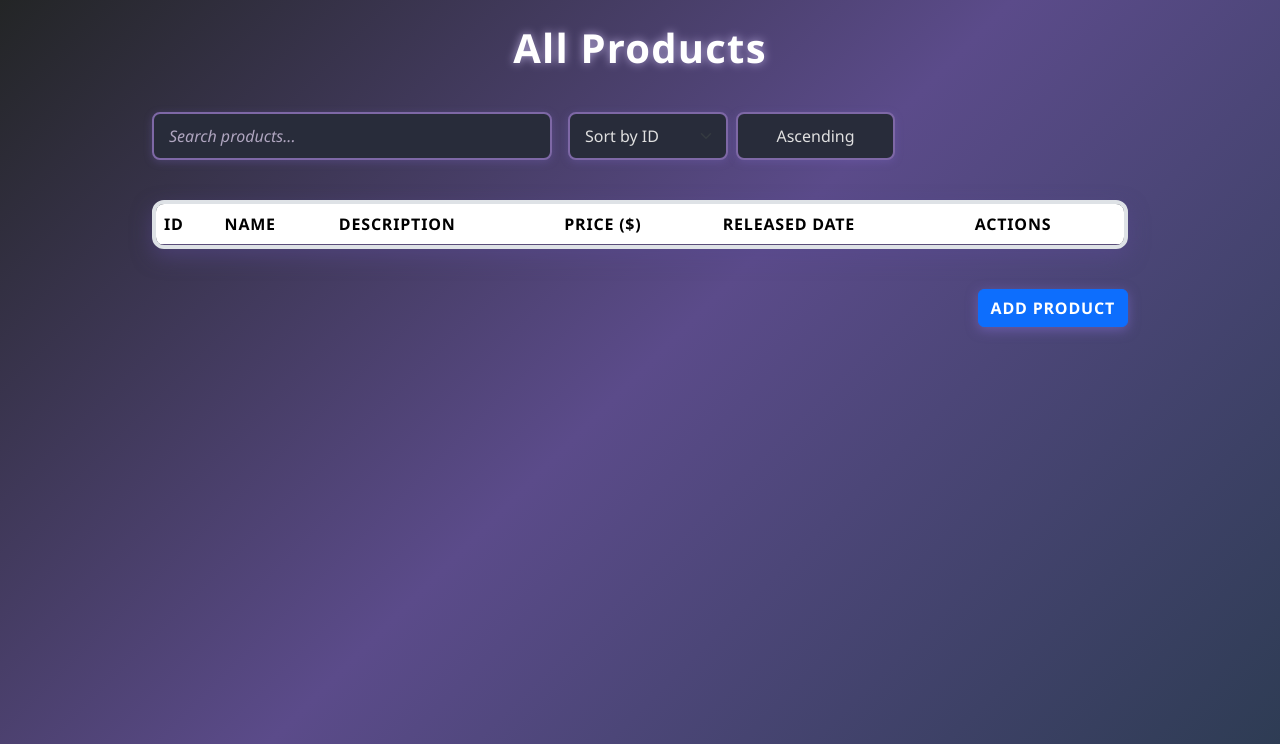
Repository: shyamoracle/training_case_study
Page: pmsagain/pmsitis/src/main/resources/webapp/index.html
These files come from the project's save history. The page is drawn as it stood at one moment and after the next save; the edit follows.
The browser window is 1280 px wide. The pictures show the whole page.
The page's requests for data from a server got no answer.

Above is the page before, as saved 2025-09-19 04:55:25.

After the next save:
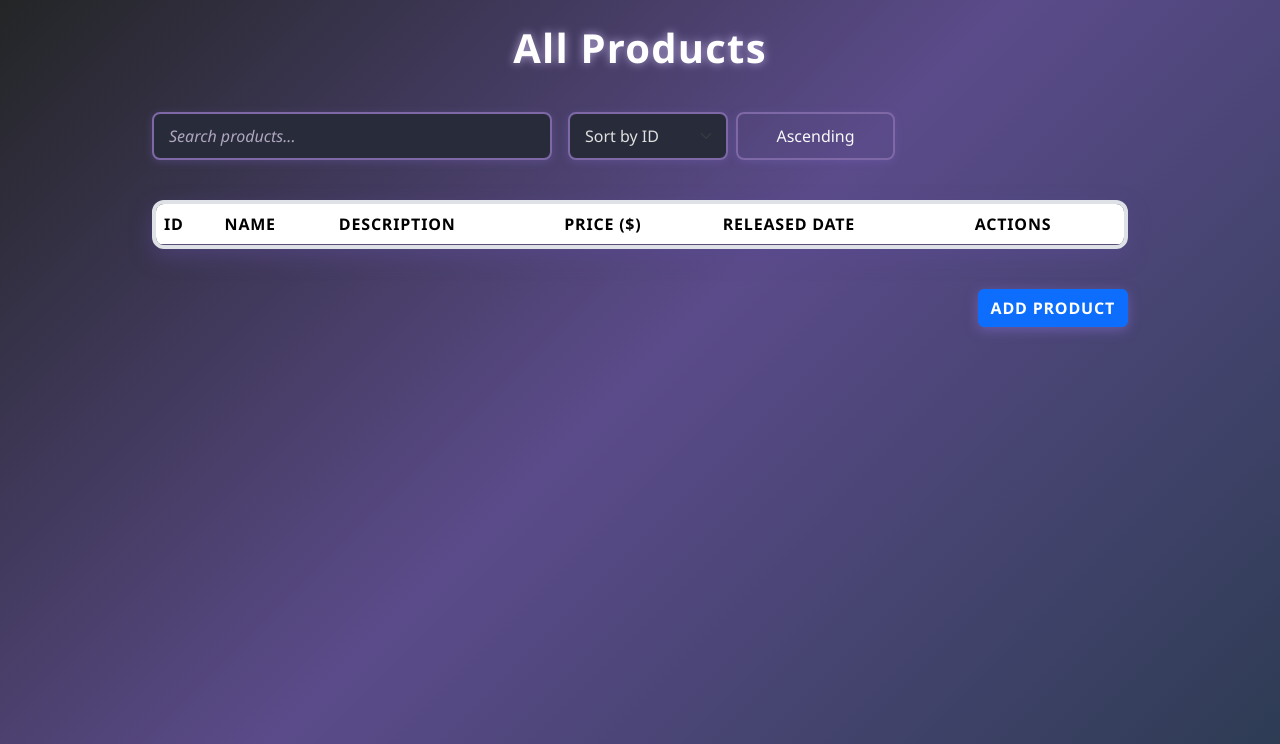
Saved 12 s later.
--- a/pmsagain/pmsitis/src/main/resources/webapp/index.html
+++ b/pmsagain/pmsitis/src/main/resources/webapp/index.html
@@ -149,8 +149,7 @@
   margin-bottom: 1.5rem;
   border: 2px solid #7e68a6;  /* lavender border */
   border-radius: 8px;
-  background-color: #282c3a;  /* matching table background */
-  color: #e0e0e0;
+
   font-size: 1rem;
   box-shadow: 0 2px 8px rgba(125, 105, 200, 0.3);
   transition: border-color 0.3s ease, box-shadow 0.3s ease;

After the save that followed:
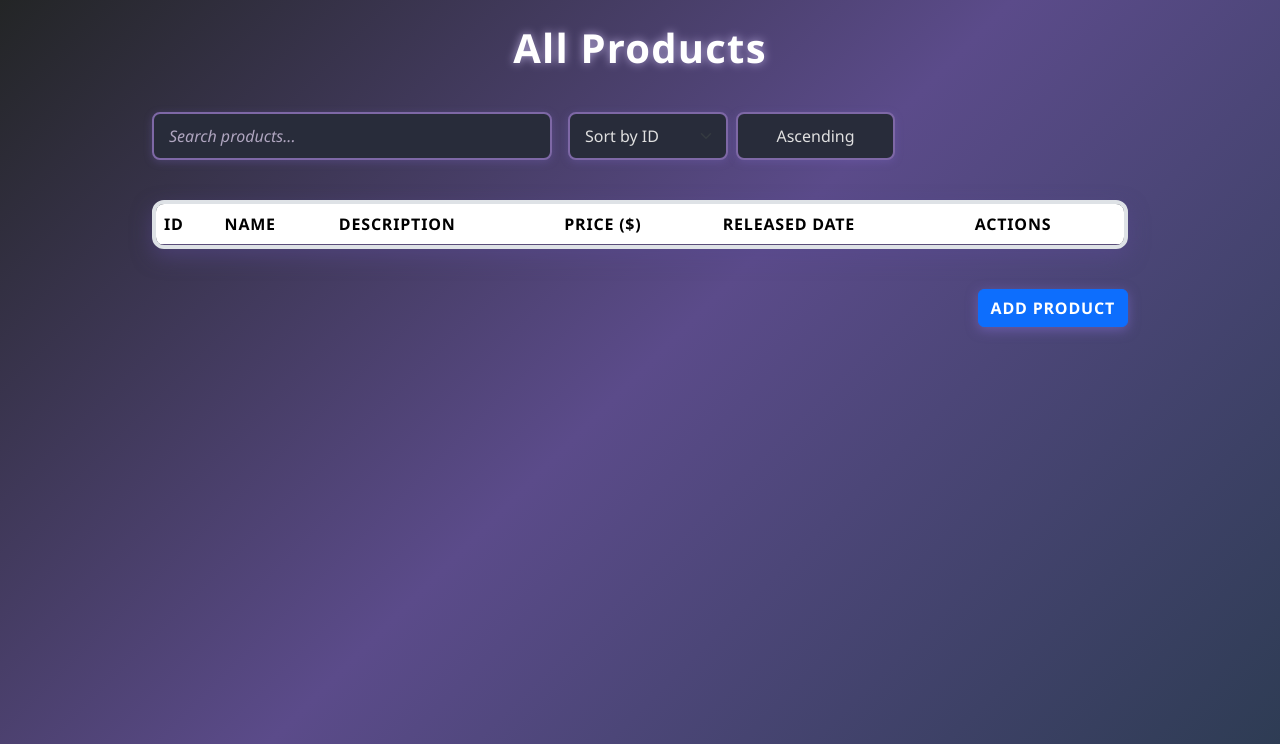
Saved 116 s later.
--- a/pmsagain/pmsitis/src/main/resources/webapp/index.html
+++ b/pmsagain/pmsitis/src/main/resources/webapp/index.html
@@ -149,7 +149,8 @@
   margin-bottom: 1.5rem;
   border: 2px solid #7e68a6;  /* lavender border */
   border-radius: 8px;
-
+  background-color: #282c3a;  /* matching table background */
+  color: #e0e0e0;
   font-size: 1rem;
   box-shadow: 0 2px 8px rgba(125, 105, 200, 0.3);
   transition: border-color 0.3s ease, box-shadow 0.3s ease;
